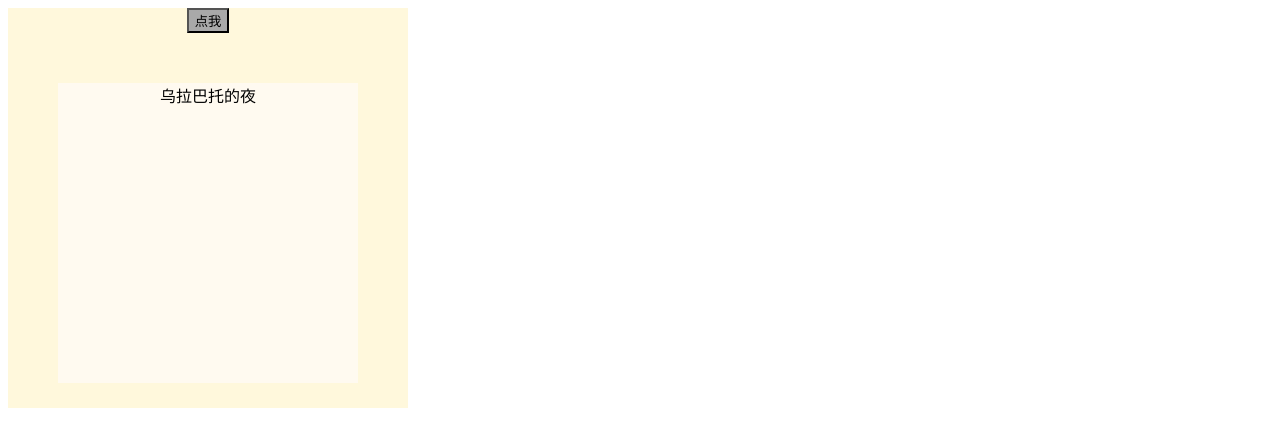
Repository: monijijian/VScodeProject
Page: jquery/显示隐藏动画.html
These files come from the project's save history. The page is drawn as it stood at one moment and after the next save; the edit follows.
The browser window is 1280 px wide. The pictures show the whole page.

Above is the page before, as saved 2020-09-21 17:29:12.

### jquery/显示隐藏动画.html
<!DOCTYPE html>
<html lang="en">
<head>
    <meta charset="UTF-8">
    <meta name="viewport" content="width=device-width, initial-scale=1.0">
    <title>jquery隐藏和显示动画</title>

    <script src="https://code.jquery.com/jquery-3.5.1.min.js">//首先引入jquery库</script>
    <style>
        .box{
            width: 400px;
            height: 400px;
            background-color: cornsilk;
            text-align: center;
        }
        .box>button{
            text-align: center;

            background-color: darkgray;
        }
        .vb{
            text-align: center;
            background-color: floralwhite;
            margin: 50px auto 0px;
            width: 300px;
            height: 300px;
        }
    </style>
</head>
<body>
    <div class="box">
        <button>点我</button>
        <div class="vb">乌拉巴托的夜</div>
    </div>

    <script>
        $(function(){
            var btn = $("button");
            var vb = $(".vb");

            btn.mousedown(function(){
                if(vb.css("display") == "none"){
                    vb.show(5000,function(){//是通过改变display实现的，可以填两个参数：动画时长、回调参数
                        alert("ffff");
                    });
                }else{
                    vb.hide(1000);//与显示动画一样
                }
            });
        });
    </script>
</body>
</html>

After the next save:
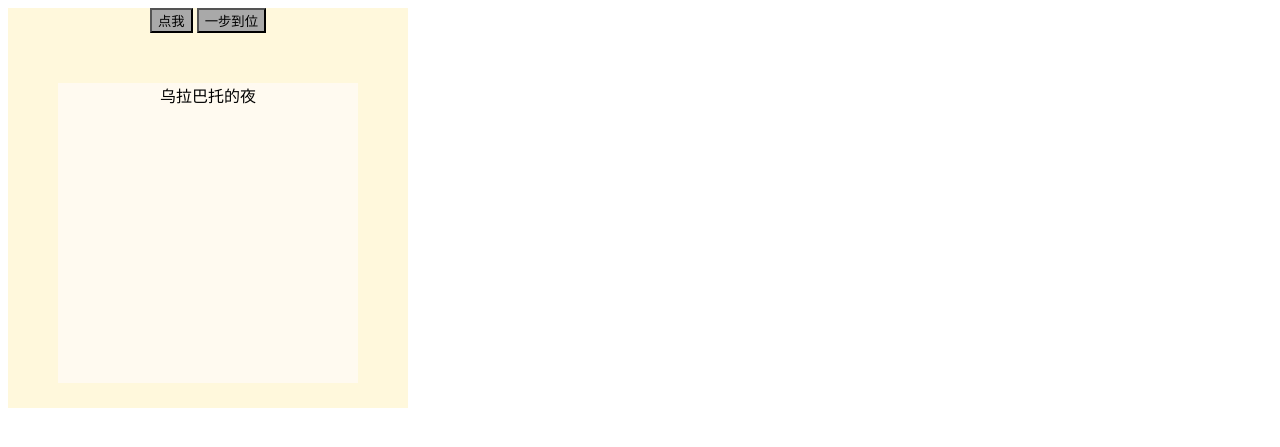
Console error: TypeError: btn[0].mousedown is not a function
Saved 117 s later.
--- a/jquery/显示隐藏动画.html
+++ b/jquery/显示隐藏动画.html
@@ -30,6 +30,7 @@
 <body>
     <div class="box">
         <button>点我</button>
+        <button>一步到位</button>
         <div class="vb">乌拉巴托的夜</div>
     </div>
 
@@ -38,7 +39,7 @@
             var btn = $("button");
             var vb = $(".vb");
 
-            btn.mousedown(function(){
+            btn[0].mousedown(function(){
                 if(vb.css("display") == "none"){
                     vb.show(5000,function(){//是通过改变display实现的，可以填两个参数：动画时长、回调参数
                         alert("ffff");
@@ -47,6 +48,10 @@
                     vb.hide(1000);//与显示动画一样
                 }
             });
+
+            btn[1].mousedown(function(){
+                vb.toggle();
+            });
         });
     </script>
 </body>
